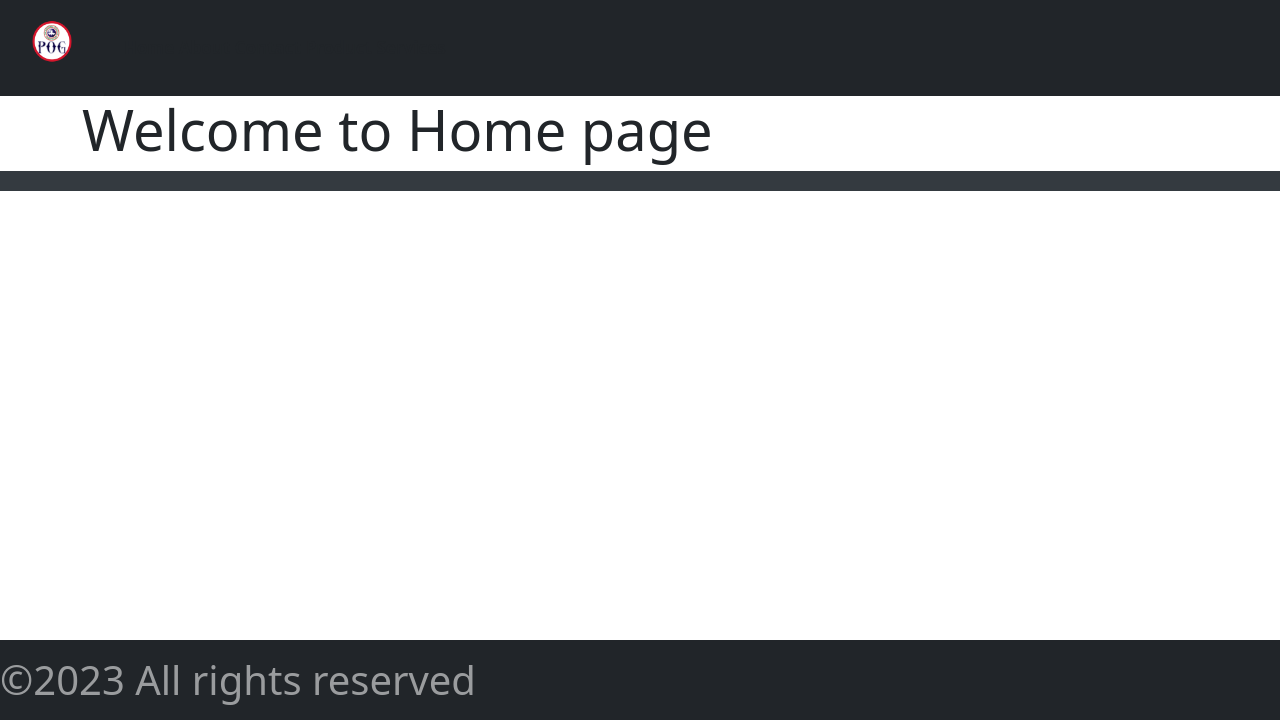
Repository: VuNhatDinhLe/test
Page: http://localhost/
These files come from the project's save history. The page is drawn as it stood at one moment and after the next save; the edit follows.
The browser window is 1280 px wide. The pictures show the whole page.
Some icons come from a web library that is not loaded, so they are not drawn. The page is served by the project's Node server (server.js). Other server files are loaded and not shown.

Above is the page before, as saved 2023-05-24 22:37:06.

### WEEK3DEMO/app/views/index.ejs
<!DOCTYPE html>
<html lang="en">
<head>
    <meta charset="UTF-8">
    <meta http-equiv="X-UA-Compatible" content="IE=edge">
    <meta name="viewport" content="width=device-width, initial-scale=1.0">
    <title><%= title %></title>
    <link rel="stylesheet" href="style.css"/>
    <link rel="stylesheet" href="/bootstrap/dist/css/bootstrap.min.css"/>
    <link rel="stylesheet" href="/@fortawesome/fontawesome-free/css/all.min.css"/>

        <style>
        ul.navbar-max {
            list-style: none; /* Remove the bullet */
            display: inline; /* Display the list items inline */
            float:right;
            font-size:17px

        }

        ul.navbar-max li {
            display: inline-block; /* Make the list items display inline */
        }
        a:link {
    text-decoration: none;
}


a:visited {
    text-decoration: none;
}


a:hover {
    text-decoration: none;
}


a:active {
    text-decoration: none;
}
html,
body {
  height: 100%;
  margin: 0;
}

body {
  display: flex;
  flex-direction: column;
}

main {
  flex: 1;
}



 footer {
            background-color: #343a40;
            color: #ffffff;
            padding: 10px;
        }

        footer .navbar-text {
            margin-bottom: 0;
        }


    </style>
</head>
<body>
   <!--Main Navigation-->
    <nav class="navbar navbar-expand-lg navbar-dark bg-dark">
  <div class="container-fluid">


    <!--<a class="navbar-brand" href="#">COMP229</a>-->
    <!--<button class="navbar-toggler" type="button" data-toggle="collapse" data-target="#navbarSupportedContent" aria-controls="navbarSupportedContent" aria-expanded="false" aria-label="Toggle navigation">
      <span class="navbar-toggler-icon"></span>
    </button>-->
    <img src="/img/logo.png" alt="logo" style: width="80px"; height="80px">
    <div class="collapse navbar-collapse" id="navbarSupportedContent">

      <b>
        <ul class="navbar-max mr-auto mb-2 mb-lg-0" >
          <% if (title=="Home"){%>
        <li class="nav-item active">
          <%}else{%>
            <li class="nav-item">
              <%}%>
          <a class="nav-link"  href="/"><i class="fas fa-lg fa-laptop-house"></i>Home</a>
        </li>
         <% if (title=="About"){%>
        <li class="nav-item active">
          <%}else{%>
            <li class="nav-item">
              <%}%>
          <a class="nav-link"  href="/about"><i class="fa-solid fa-address-card"></i>About</a>
        </li>
        <% if (title=="Contact"){%>
          <li class="nav-item active">
          <%}else{%>
        <li class="nav-item">
          <%}%>
          <a class="nav-link"  href="/contact"><i class="fa-solid fa-address-book"></i>Contact</a>
        </li>
         <% if (title=="Product"){%>
          <li class="nav-item active">
          <%}else{%>
        <li class="nav-item">
          <%}%>
          <a class="nav-link"  href="/products"><i class="fa-brands fa-product-hunt"></i>Product</a>
        </li>
         <% if (title=="Services"){%>
          <li class="nav-item active">
          <%}else{%>
        <li class="nav-item">
          <%}%>
          <a class="nav-link"  href="/services"><i class="fa-brands fa-servicestack"></i>Services</a>
        </li>
        </ul>
    </div>
  </div>
</nav>

<main class="container">
  <div class="jumbotron">
    <h1 class="display-4">Welcome to <%= title %> page</h1>
    </div>
    </main>
    <!--bottom nav-->

    <footer>
      <nav class="navbar fixed-bottom navbar-dark bg-dark">
   <div class="container-fluid"></div>
    <h6 class="display-6 navbar-text">&copy;2023 All rights reserved</h6>
    </nav>
  </div>
</nav>
      </footer>
      <!--script section-->
    <script src="/jquery/dist/jquery.min.js"></script>
    <script src="/bootstrap/dist/js/bootstrap.min.js"></script>
</body>

</html>

### WEEK3DEMO/server.js
process.env.NODE_ENV = process.env.NODE_ENV || 'development';
var express = require('./config/express');
var app = express();
app.listen(5000);
module.exports = app;

console.log('Server running at http://localhost:5000/');

### WEEK3DEMO/app/routes/index.server.routes.js
var express = require('express');
var router = express.Router();

/* GET home page. */
router.get('/', function(req, res, next) {
  res.render('index', { title: 'Home' });
});

router.get('/about', function(req, res, next) {
  res.render('index', { title: 'About' });
});
router.get('/products', function(req, res, next) {
  res.render('index', { title: 'Products' });
});
router.get('/contact', function(req, res, next) {
  res.render('index', { title: 'Contact' });
});
router.get('/services', function(req, res, next) {
  res.render('index', { title: 'Services' });
});

module.exports = router;

### WEEK3DEMO/public/Content/Style.css
a:link {
    text-decoration: none;
}


a:visited {
    text-decoration: none;
}


a:hover {
    text-decoration: none;
}


a:active {
    text-decoration: none;
}

ul {
    list-style-type: none;
}

After the next save:
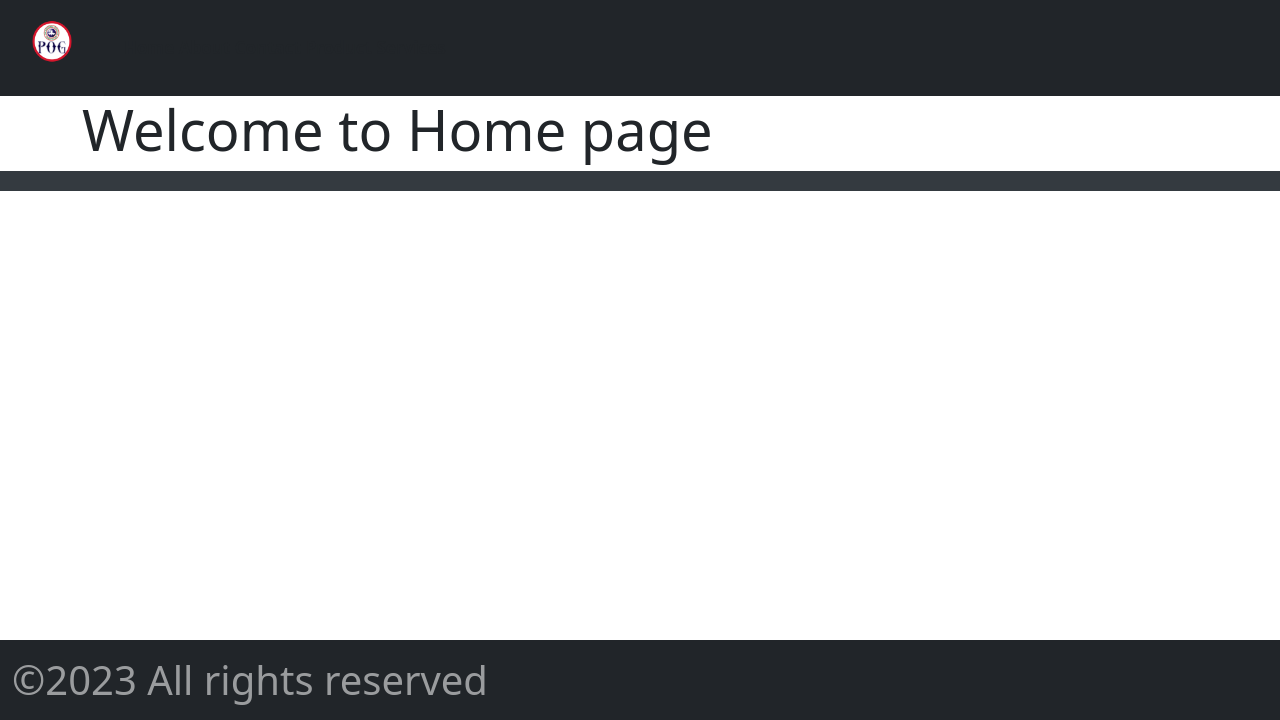
Saved 16 s later.
--- a/WEEK3DEMO/app/views/index.ejs
+++ b/WEEK3DEMO/app/views/index.ejs
@@ -133,7 +133,7 @@ main {
 
     <footer>
       <nav class="navbar fixed-bottom navbar-dark bg-dark">
-   <div class="container-fluid"></div>
+   <div class="container-fluid">
     <h6 class="display-6 navbar-text">&copy;2023 All rights reserved</h6>
     </nav>
   </div>
